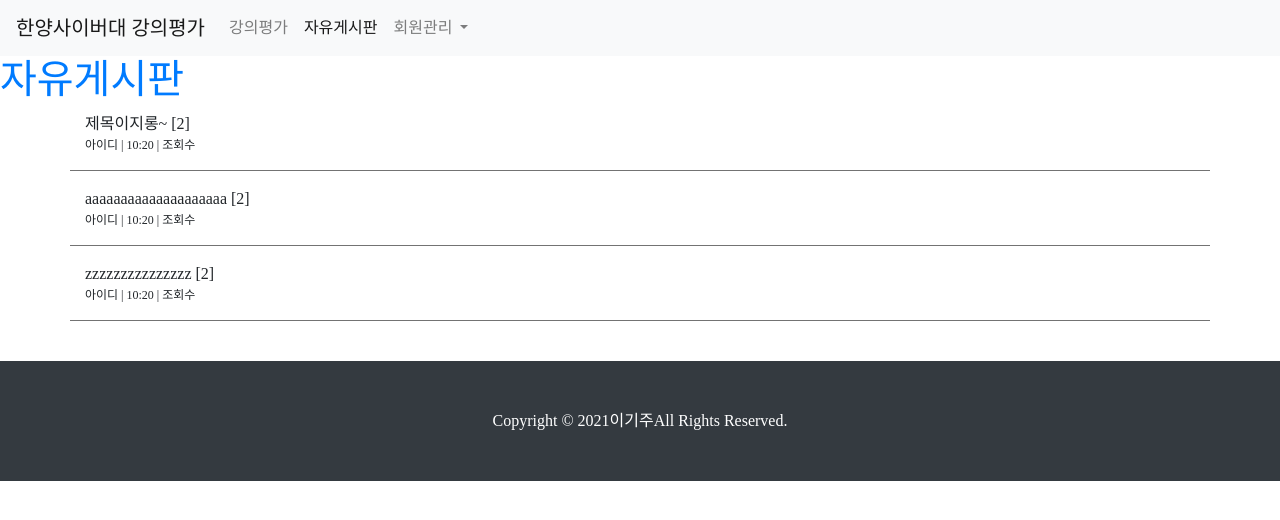
Repository: lkjjjang/hycu
Page: http://localhost/hycujjang/mobile.jsp
The author's editor kept a copy of each file at every save. The page is drawn from the files as they stood at one save, then again after the next save.
The browser window is 1280 px wide. The pictures show the whole page.
Some web fonts or font styles are not loaded; a fallback is used. The page is served by Tomcat 9. Nobody is signed in. The application's start-up code is not run. Other server files are loaded and not shown.

Above is the page before, as saved 2022-01-02 09:18:16.

### hycujjang/WebContent/mobile.jsp
<%@ page language="java" contentType="text/html; charset=UTF-8"
    pageEncoding="UTF-8"%>
<%@ page import="java.util.ArrayList" %>
<%@ page import="java.net.URLEncoder" %>
<%@ page import="java.io.PrintWriter" %>
<%@ taglib prefix="c" uri="http://java.sun.com/jsp/jstl/core"%>
<%@ taglib prefix="fmt" uri="http://java.sun.com/jsp/jstl/fmt"%>

<!DOCTYPE html>
<html>
<head>
	<meta charset="UTF-8">
	<meta name="viewport" content="width=device-width, initial-scale=1, shrink-to-fit=no">
	<title>한양사이버대 강의평가</title>
	<!-- 부트스트랩 CSS 추가하기 -->
	<link rel="stylesheet"
			href="https://stackpath.bootstrapcdn.com/bootstrap/4.4.1/css/bootstrap.min.css"
			integrity="sha384-Vkoo8x4CGsO3+Hhxv8T/Q5PaXtkKtu6ug5TOeNV6gBiFeWPGFN9MuhOf23Q9Ifjh"
			crossorigin="anonymous">
	<!-- 커스텀 CSS 추가하기 -->
	<link rel="stylesheet" href="./css/custom.css">
	<style>
		.b{
			border: solid 1px black;
		}
	</style>
</head>
<body>
	<nav class="navbar navbar-expand-md navbar-light bg-light">
		<a class="navbar-brand" href="index.jsp">한양사이버대 강의평가</a>
		<button class="navbar-toggler" type="button" data-toggle="collapse" data-target="#navbar">
			<span class="navbar-toggler-icon"></span>
		</button>
		<div id="navbar" class="collapse navbar-collapse">
			<ul class="navbar-nav mr-auto">
				<li class="nav-item">
					<a class="nav-link" href="lectureBoardController?pageNumber=1">강의평가</a>
				</li>
				<li class="nav-item active">
					<a class="nav-link" href="freeBoardController?pageNumber=1">자유게시판</a>
				</li>
				<li class="nav-item dropdown">
					<a class="nav-link dropdown-toggle" id="dropdown" data-toggle="dropdown" href="index.jsp">
						회원관리
					</a>
					<div class="dropdown-menu" aria-labelledby="dropdown">
						<a class="dropdown-item" href="logout.jsp">로그아웃</a>
					</div>
				</li>
			</ul>
		</div>
	</nav>
	<h1>
   		<a class="ed link-primary text-bold title-underline" href="freeBoardController?pageNumber=1">자유게시판</a>
	</h1>
	<div class="container">
		<div class="row">
			<div class="col-12">
				제목이지롱~ [2]
			</div>
			<div class="col-12" style="font-size: 12px">
				아이디 | 10:20 | 조회수
			</div>
			<hr width="100%" color="gray" size="1">
		</div>
		<div class="row">
			<div class="col-12">
				aaaaaaaaaaaaaaaaaaaa [2]
			</div>
			<div class="col-12" style="font-size: 12px">
				아이디 | 10:20 | 조회수
			</div>
			<hr width="100%" color="gray" size="1">
		</div>
		<div class="row">
			<div class="col-12">
				zzzzzzzzzzzzzzz [2]
			</div>
			<div class="col-12" style="font-size: 12px">
				아이디 | 10:20 | 조회수
			</div>
			<hr width="100%" color="gray" size="1">
		</div>
	</div>
  		<!--
  		${userID == 'admin'} 세션에 있는 유저 아이디
  		넘어오는 목록${freeBBS}
  		<c:if test="${userID == 'admin'}">
			<input type="checkbox" name="delCheck_id" id="delCheck_id" value="${freeBBS.bbsID}">
		</c:if>
		${freeBBS.bbsID}
		<a href="freeBoardDetailController?id=${freeBBS.bbsID}">${freeBBS.bbsTitle}</a>

  		${freeBBS.nickName}
  		${freeBBS.bbsHit}
  		${freeBBS.bbsDate}

  		-->
		<!-- 페이지번호 출력 -->
		<!-- 파라미터로 들어오는 페이지 번호를 이용해 startNum값을 구함 -->



	<footer class="bg-dark mt-4 p-5 text-center" style="color: #FFFFFF;">
		Copyright &copy; 2021이기주All Rights Reserved.
	</footer>
	<script src="https://code.jquery.com/jquery-3.6.0.js"
  			integrity="sha256-H+K7U5CnXl1h5ywQfKtSj8PCmoN9aaq30gDh27Xc0jk="
  			crossorigin="anonymous">
	</script>
	<script src="https://cdn.jsdelivr.net/npm/popper.js@1.16.0/dist/umd/popper.min.js"
			integrity="sha384-Q6E9RHvbIyZFJoft+2mJbHaEWldlvI9IOYy5n3zV9zzTtmI3UksdQRVvoxMfooAo"
			crossorigin="anonymous">
	</script>
	<script src="https://maxcdn.bootstrapcdn.com/bootstrap/4.0.0/js/bootstrap.min.js"
			integrity="sha384-JZR6Spejh4U02d8jOt6vLEHfe/JQGiRRSQQxSfFWpi1MquVdAyjUar5+76PVCmYl"
			crossorigin="anonymous">
	</script>
	<script type="text/javascript">
		function guestWrite() {
			alert('게스트 계정은 글작성이 불가능 합니다.');
		}
	</script>
	<script type="text/javascript">
		function deleteAll() {
			var checkList = document.getElementsByName('delCheck_id');
			var checkedList = new Array();
			var count = 0;
			for (var i = 0; i < checkList.length; i++) {
				if (checkList[i].checked == true) {
					count++;
					checkedList[i] = checkList[i].value;
				}
			}

			if (count == 0) {
				alert('선택사항이 없습니다.');
				return;
			}

			var data = new Array();
			for (var i = 0; i < checkedList.length; i++) {
				if (checkedList[i] != null) {
					var dataTemp = new Object();
					dataTemp.id = checkedList[i];
					data.push(dataTemp);
				}
			}

			$.ajax({
				type: "post",
				url: "freeBoardDeleteController",
				data: JSON.stringify(data),
				contentType: "application/json; charset=utf-8",
				dataType: "json",

				success: function(json) {
					if (json[0].resultCode == 'ok') {
						alert('삭제 되었습니다.');
					} else {
						alert('데이터베이스 오류 입니다.');
					}
					location.reload();
				},
				error: function(json) {
					alert('시스템 오류 입니다.')
				}
			});
		}
	</script>
	<script type="text/javascript">
		function select(tagID) {
			var id = tagID.id;
			var checkList = document.getElementsByName('delCheck_id');
			for (var i = 0; i < checkList.length; i++) {
				if (id == 'selectAll') {
					checkList[i].checked = true;
				} else {
					checkList[i].checked = false;
				}
			}

			if (id == 'selectAll') {
				changeId('cancel', '선택해제');
			} else {
				changeId('selectAll', '전체선택');
			}
		}

		function changeId(id, text)  {
			  const btnElement = document.getElementById('checkList');
			  btnElement.innerHTML = '<button class="btn btn-primary" id="' + id + '" onclick="select(this)">'+ text +'</button>' +
			  							'<button class="btn btn-danger" id="deleteAll" onclick="deleteAll()">선택삭제</button>';
		}
	</script>
</body>
</html>

### hycujjang/WebContent/css/custom.css
@import url(https://fonts.googleapis.com/earlyaccess/jejugothic.css);
@import url(https://fonts.googleapis.com/css2?family=Nanum+Gothic&display=swap);
.navbar-brand, h1, h2, h3, h4 {
	font-family: 'Jeju Gothic';
}
h5 {
	font-family: 'Jeju Gothic';
	font-size: 18px;
}
body {
	font-family: 'Nanum Gothic';
}

After the next save:
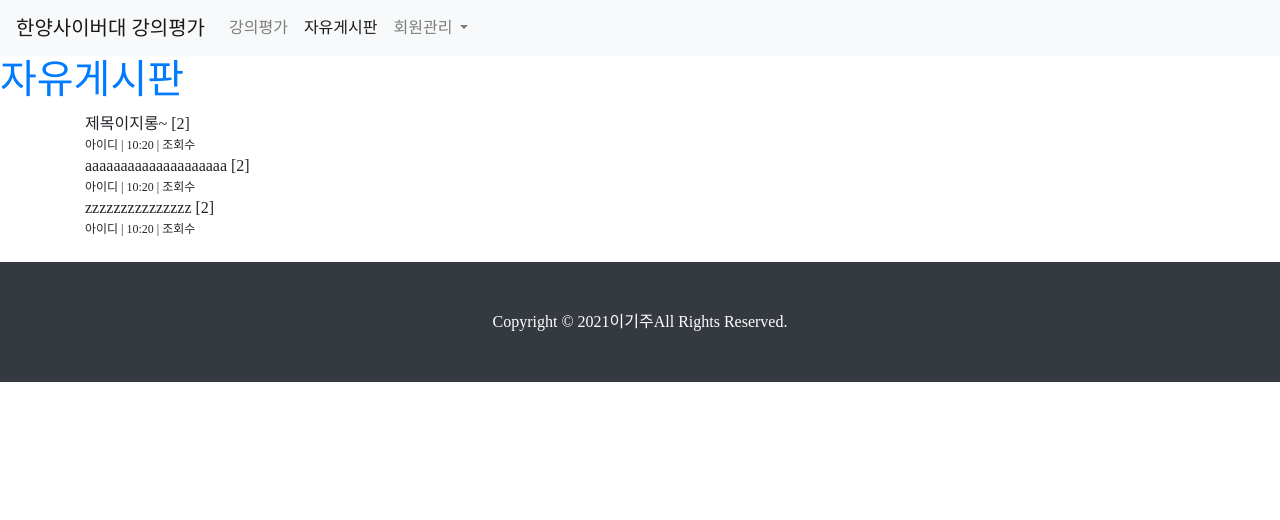
Saved 75 s later.
--- a/hycujjang/WebContent/mobile.jsp
+++ b/hycujjang/WebContent/mobile.jsp
@@ -61,7 +61,6 @@
 			<div class="col-12" style="font-size: 12px">
 				아이디 | 10:20 | 조회수
 			</div>
-			<hr width="100%" color="gray" size="1">
 		</div>
 		<div class="row">
 			<div class="col-12">
@@ -70,7 +69,6 @@
 			<div class="col-12" style="font-size: 12px">
 				아이디 | 10:20 | 조회수
 			</div>
-			<hr width="100%" color="gray" size="1">
 		</div>
 		<div class="row">
 			<div class="col-12">
@@ -79,7 +77,6 @@
 			<div class="col-12" style="font-size: 12px">
 				아이디 | 10:20 | 조회수
 			</div>
-			<hr width="100%" color="gray" size="1">
 		</div>
 	</div>
   		<!--
